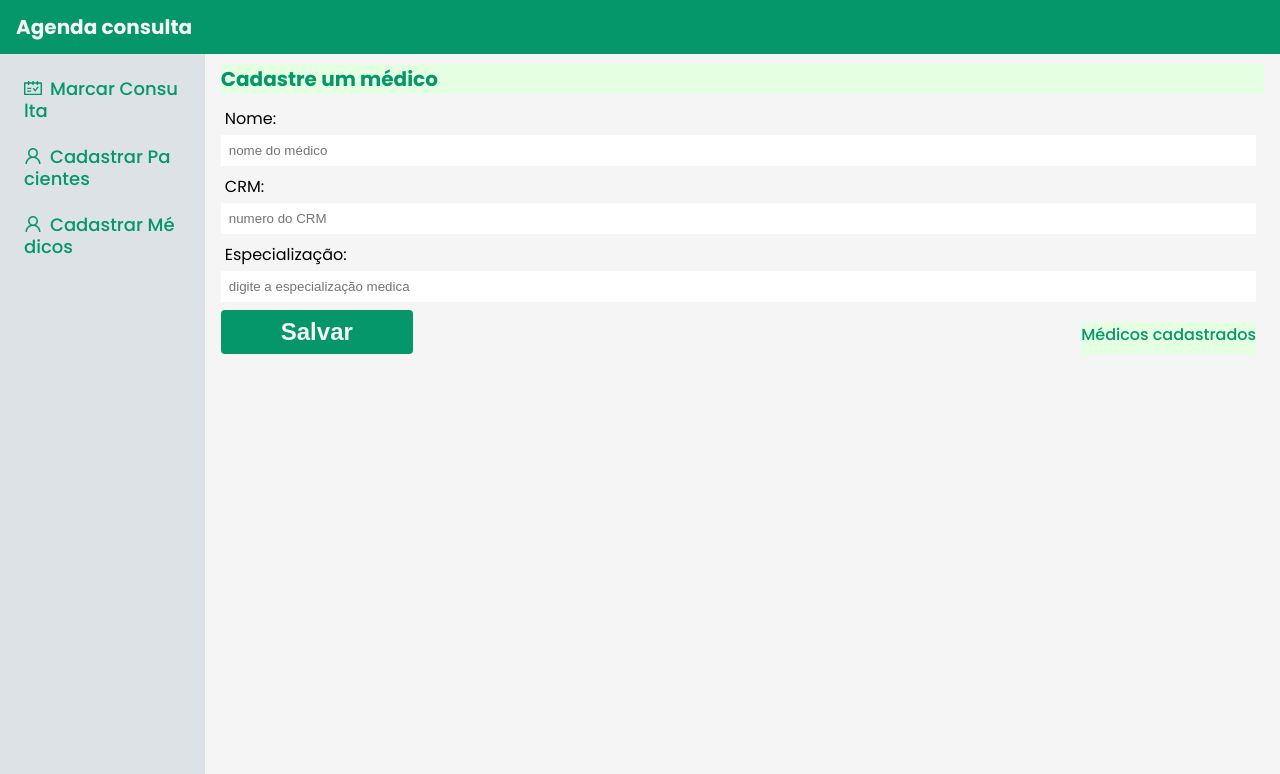
Repository: BarbaraCD/agendaconsulta
Page: /doctors/new
An editor plug-in stored every save of this project. The page is shown before and after a run of saves, followed by the edit.
The browser window is 1280 px wide. The pictures show the whole page.
The project was rebuilt for these pictures with package versions that can differ from the ones it lists, and the page was loaded fresh each time. Also part of the build but not shown: vite.config.ts, src/services/appointment.services.ts, src/services/patient.services.ts, src/components/Calendar.tsx, src/components/SubmitButton.tsx, src/components/Appointments.tsx, src/components/InputPatient.tsx, src/styles/CreateContainer.ts and 2 more.

Above is the page before, as saved 2023-08-22 14:51:29.

After the next 2 saves:
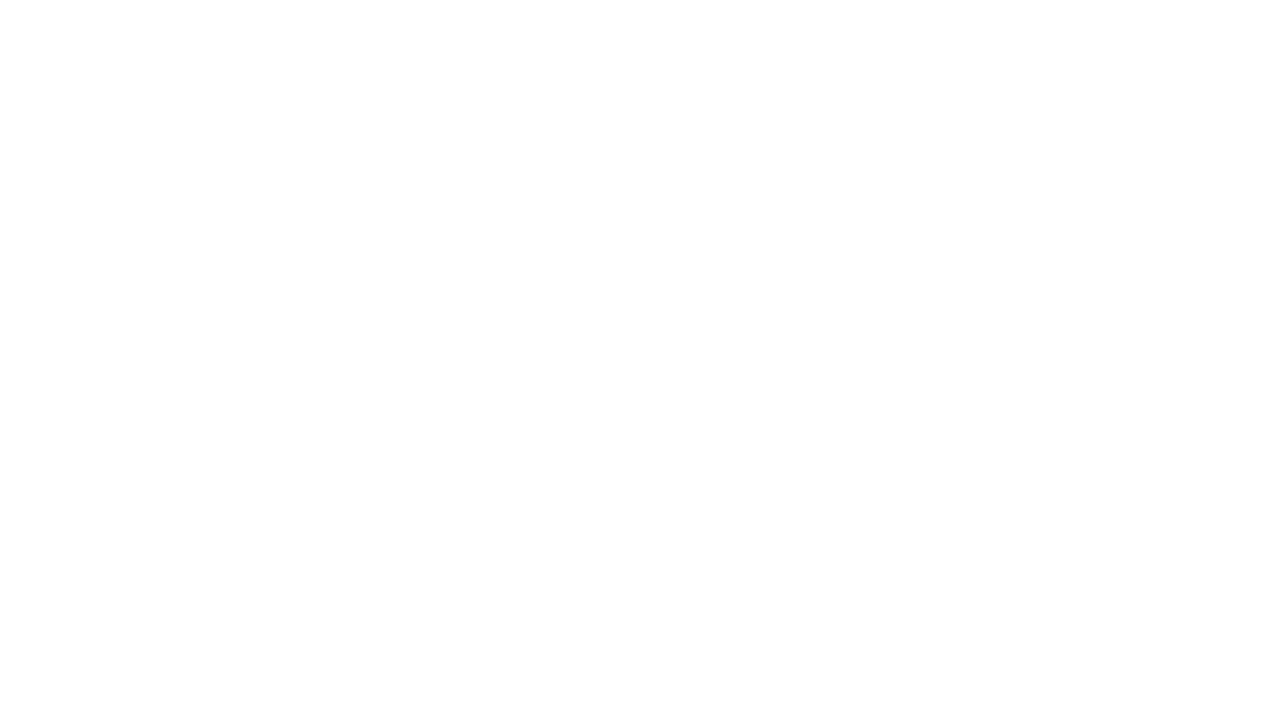
Console error (its wording comes from the project's code and is left out).
The 2 saves are shown as one change because they came seconds apart.
The last was saved 90 s later.
--- a/src/components/InputDoctors.tsx
+++ b/src/components/InputDoctors.tsx
@@ -16,7 +16,7 @@ import {
   getDoctorById,
   updateDoctor,
 } from '../services/doctor.services'
-import { useParams } from 'react-router-dom'
+import { useParams, useNavigation } from 'react-router-dom'
 
 const doctorSchema = z.object({
   name: z
@@ -62,6 +62,7 @@ export function InputDoctors() {
     defaultValues: { name: '', crm: '', specialization: '' },
   })
 
+  const navigate = useNavigation()
   const { id } = useParams()
   const [successMessage, setSuccessMessage] = useState<string | null>(null)
   const [errorMessage, setErrorMessage] = useState<string | null>(null)

After the save that followed:
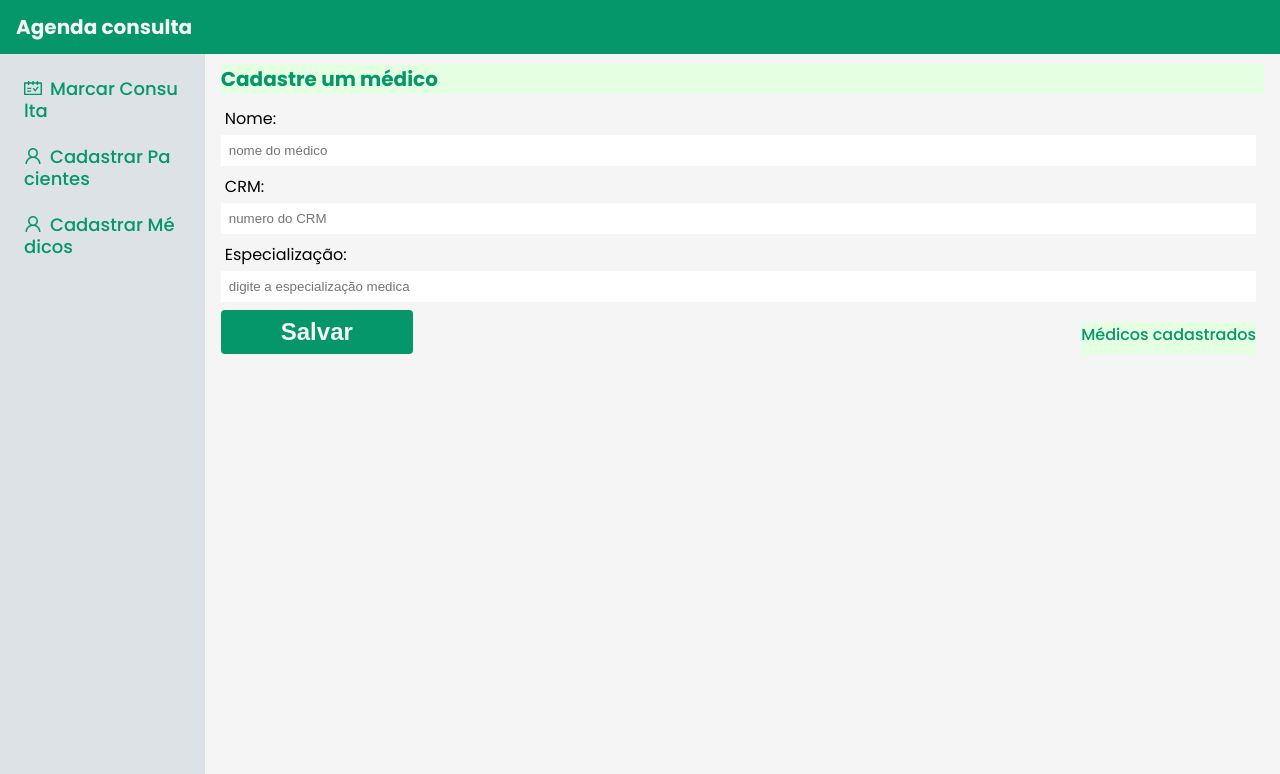
The error is gone.
Saved 4 min 5 s later.
--- a/src/components/InputDoctors.tsx
+++ b/src/components/InputDoctors.tsx
@@ -16,7 +16,7 @@ import {
   getDoctorById,
   updateDoctor,
 } from '../services/doctor.services'
-import { useParams, useNavigation } from 'react-router-dom'
+import { useParams, useNavigation, useNavigate } from 'react-router-dom'
 
 const doctorSchema = z.object({
   name: z
@@ -62,7 +62,7 @@ export function InputDoctors() {
     defaultValues: { name: '', crm: '', specialization: '' },
   })
 
-  const navigate = useNavigation()
+  const navigate = useNavigate()
   const { id } = useParams()
   const [successMessage, setSuccessMessage] = useState<string | null>(null)
   const [errorMessage, setErrorMessage] = useState<string | null>(null)
@@ -89,7 +89,7 @@ export function InputDoctors() {
         await createDoctor(data)
       }
       setSuccessMessage('Médico salvo com sucesso!')
-      setErrorMessage(null)
+      navigate(-1)
     } catch (error) {
       setErrorMessage('Erro ao cadastrar médico.')
       setSuccessMessage(null)
